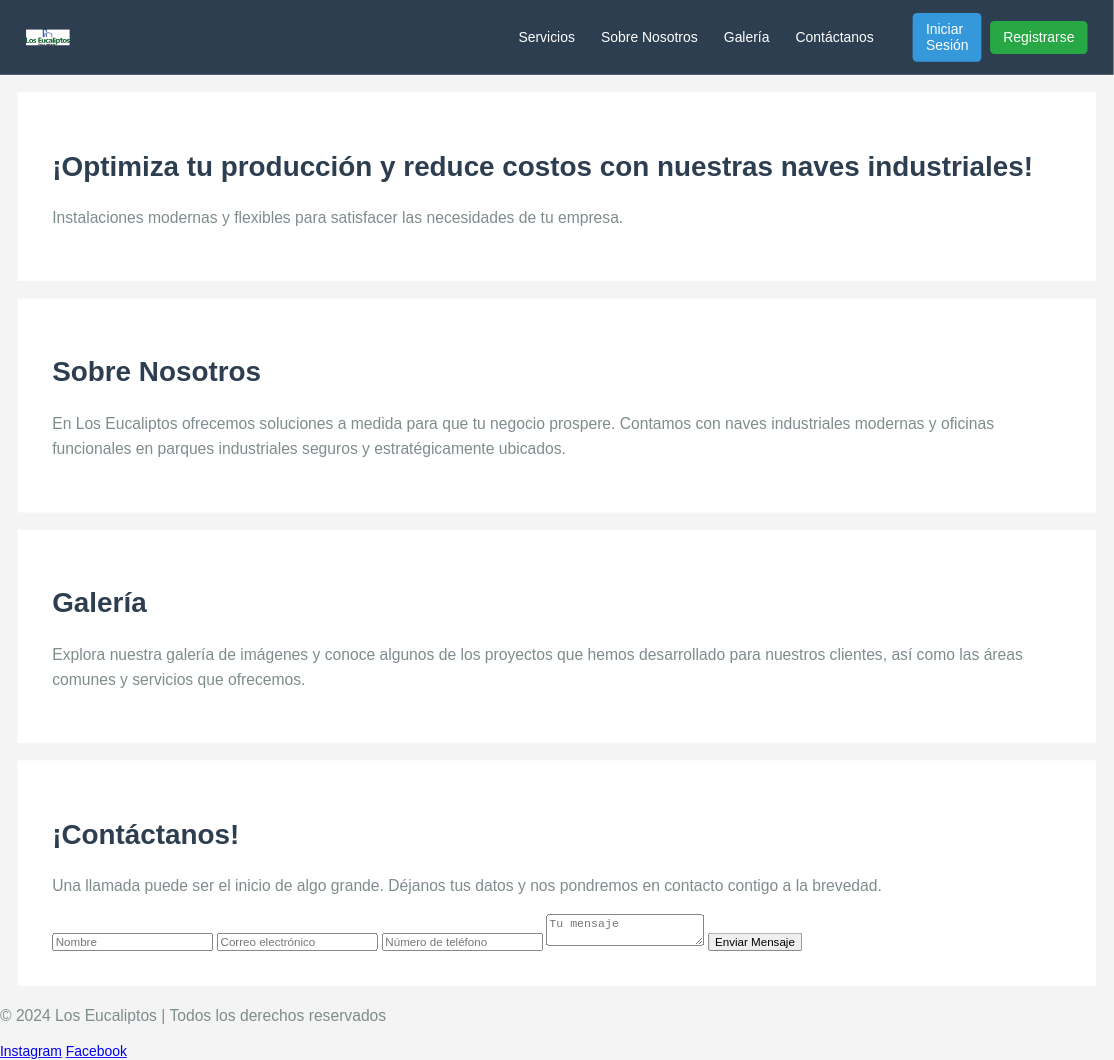
Repository: Los-Eucaliptos-WebApp/Los-Eucaliptos-FrontEnd
Page: pages/los-eucaliptos-home-page/index.html
The author's editor kept a copy of each file at every save. The page is drawn from the files as they stood at one save, then again after a run of saves.
The browser window is 1280 px wide. The pictures show the whole page, at 87% of full size.

Above is the page before, as saved 2025-02-16 21:50:58.

### pages/los-eucaliptos-home-page/index.html
<!DOCTYPE html>
<html lang="es">
<head>
    <meta charset="UTF-8">
    <meta name="viewport" content="width=device-width, initial-scale=1.0">
    <title>Los Eucaliptos</title>
    <link rel="stylesheet" href="styles.css">
</head>
<body>

    <!-- ENCABEZADO -->
    <header>
        <div class="logo">
            <img src="/assets/logo-los-eucaliptos.png" alt="Los Eucaliptos Logo">
        </div>

        <nav>
            <ul>
                <li><a href="#servicios">Servicios</a></li>
                <li><a href="#sobre-nosotros">Sobre Nosotros</a></li>
                <li><a href="#galeria">Galería</a></li>
                <li><a href="#contactanos">Contáctanos</a></li>
            </ul>
        </nav>

        <div class="auth-buttons">
            <a href="login.html" class="btn">Iniciar Sesión</a>
            <a href="register.html" class="btn btn-secondary">Registrarse</a>
        </div>
    </header>

    <!-- SECCIÓN PRINCIPAL -->
    <section id="servicios">
        <h2>¡Optimiza tu producción y reduce costos con nuestras naves industriales!</h2>
        <p>Instalaciones modernas y flexibles para satisfacer las necesidades de tu empresa.</p>
    </section>

    <section id="sobre-nosotros">
        <h2>Sobre Nosotros</h2>
        <p>En Los Eucaliptos ofrecemos soluciones a medida para que tu negocio prospere. Contamos con naves industriales modernas y oficinas funcionales en parques industriales seguros y estratégicamente ubicados.</p>
    </section>

    <section id="galeria">
        <h2>Galería</h2>
        <p>Explora nuestra galería de imágenes y conoce algunos de los proyectos que hemos desarrollado para nuestros clientes, así como las áreas comunes y servicios que ofrecemos.</p>
    </section>

    <section id="contactanos">
        <h2>¡Contáctanos!</h2>
        <p>Una llamada puede ser el inicio de algo grande. Déjanos tus datos y nos pondremos en contacto contigo a la brevedad.</p>

        <form action="send-message.php" method="POST">
            <input type="text" name="nombre" placeholder="Nombre" required>
            <input type="email" name="email" placeholder="Correo electrónico" required>
            <input type="tel" name="telefono" placeholder="Número de teléfono" required>
            <textarea name="mensaje" placeholder="Tu mensaje" required></textarea>
            <button type="submit">Enviar Mensaje</button>
        </form>
    </section>

    <footer>
        <p>© 2024 Los Eucaliptos | Todos los derechos reservados</p>
        <div class="social">
            <a href="https://www.instagram.com" target="_blank">Instagram</a>
            <a href="https://www.facebook.com" target="_blank">Facebook</a>
        </div>
    </footer>

</body>
</html>

### pages/los-eucaliptos-home-page/styles.css
/* Estilos generales del cuerpo */
body {
    font-family: Arial, sans-serif;
    margin: 0;
    padding: 0;
    background-color: #f4f4f4;
}

/* ENCABEZADO */
header {
    display: flex;
    justify-content: space-between;
    align-items: center;
    background: #2C3E50;
    color: white;
    padding: 15px 30px;
}

/* Contenedor del logo */
.logo {
    display: flex;
    align-items: center;
    justify-content: flex-start;  /* Alinea a la izquierda */
    margin: 0;
}

/* Tamaño de la imagen */
.logo img {
    width: 50px;  /* Ajusta el tamaño del logo */
    height: auto;
    margin-right: 10px;
}

/* Estilo del texto del logo */
.logo h1 {
    font-size: 24px;
    margin: 0;
    color: white;
}

/* NAVEGACIÓN */
nav {
    display: flex;
    align-items: center;
    justify-content: flex-end;  /* Alinea los botones de navegación a la derecha */
    width: 100%; /* Asegura que ocupe todo el ancho */
}

nav ul {
    list-style: none;
    display: flex;
    margin: 0;
    padding: 0;
}

nav ul li {
    margin: 0 15px;
}

nav ul li a {
    color: white;
    text-decoration: none;
    font-size: 16px;
}

/* BOTONES DE INICIO Y REGISTRO */
.auth-buttons {
    display: flex;
    align-items: center;
    margin-left: 20px;
}

.auth-buttons .btn {
    background-color: #3498db;
    color: white;
    padding: 10px 15px;
    border-radius: 5px;
    text-decoration: none;
    margin-left: 10px;
}

.auth-buttons .btn-secondary {
    background-color: #28a745;
}

/* ESTILOS ADICIONALES PARA LA PÁGINA */
section {
    padding: 40px;
    background-color: white;
    margin: 20px;
}

h2 {
    font-size: 32px;
    color: #2C3E50;
}

p {
    font-size: 18px;
    line-height: 1.6;
    color: #7f8c8d;
}

After the next 2 saves:
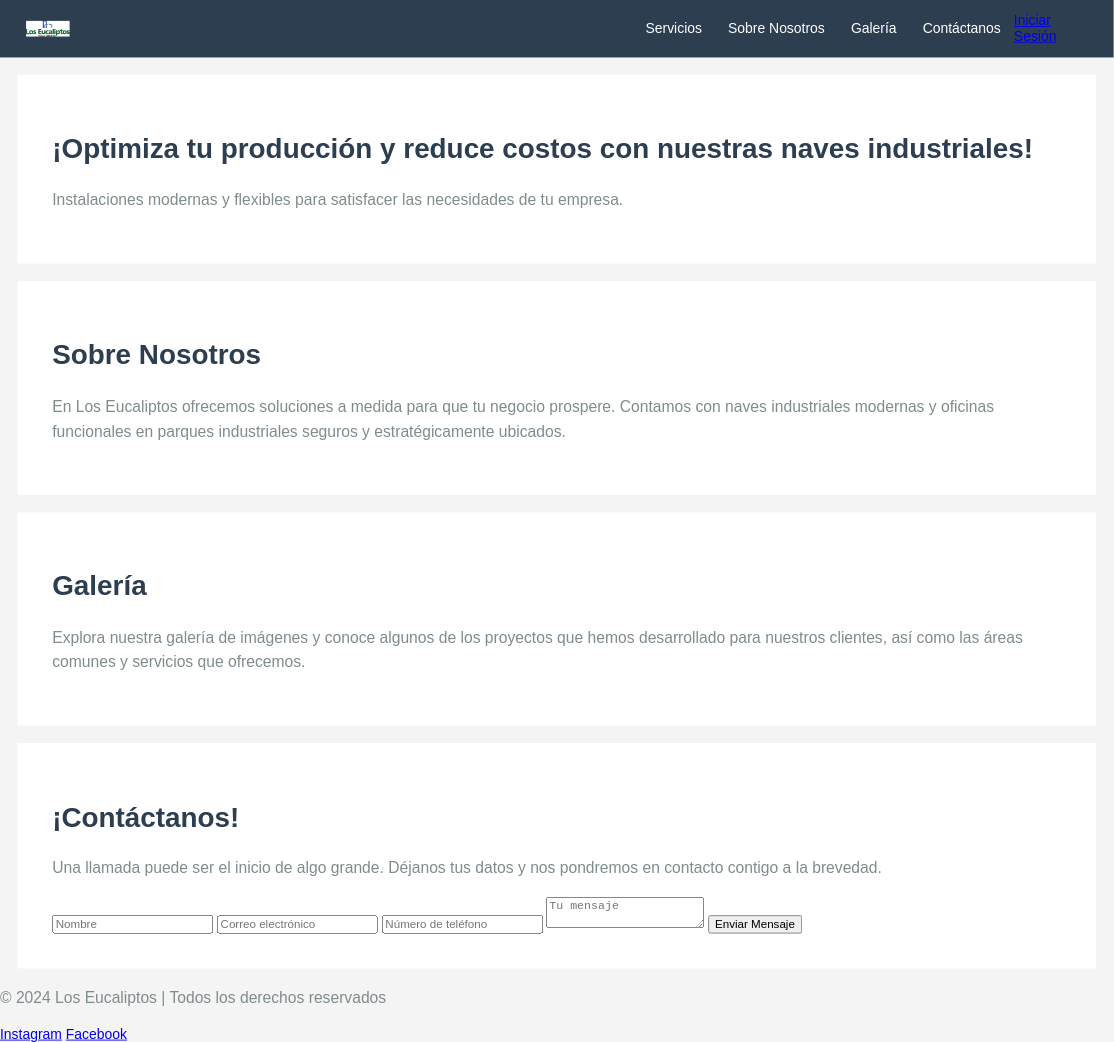
The 2 saves are shown as one change because they came seconds apart.
The last was saved 20 s later.
--- a/pages/los-eucaliptos-home-page/index.html
+++ b/pages/los-eucaliptos-home-page/index.html
@@ -23,9 +23,8 @@
             </ul>
         </nav>
 
-        <div class="auth-buttons">
+        <div class="auth-button">
             <a href="login.html" class="btn">Iniciar Sesión</a>
-            <a href="register.html" class="btn btn-secondary">Registrarse</a>
         </div>
     </header>
 
